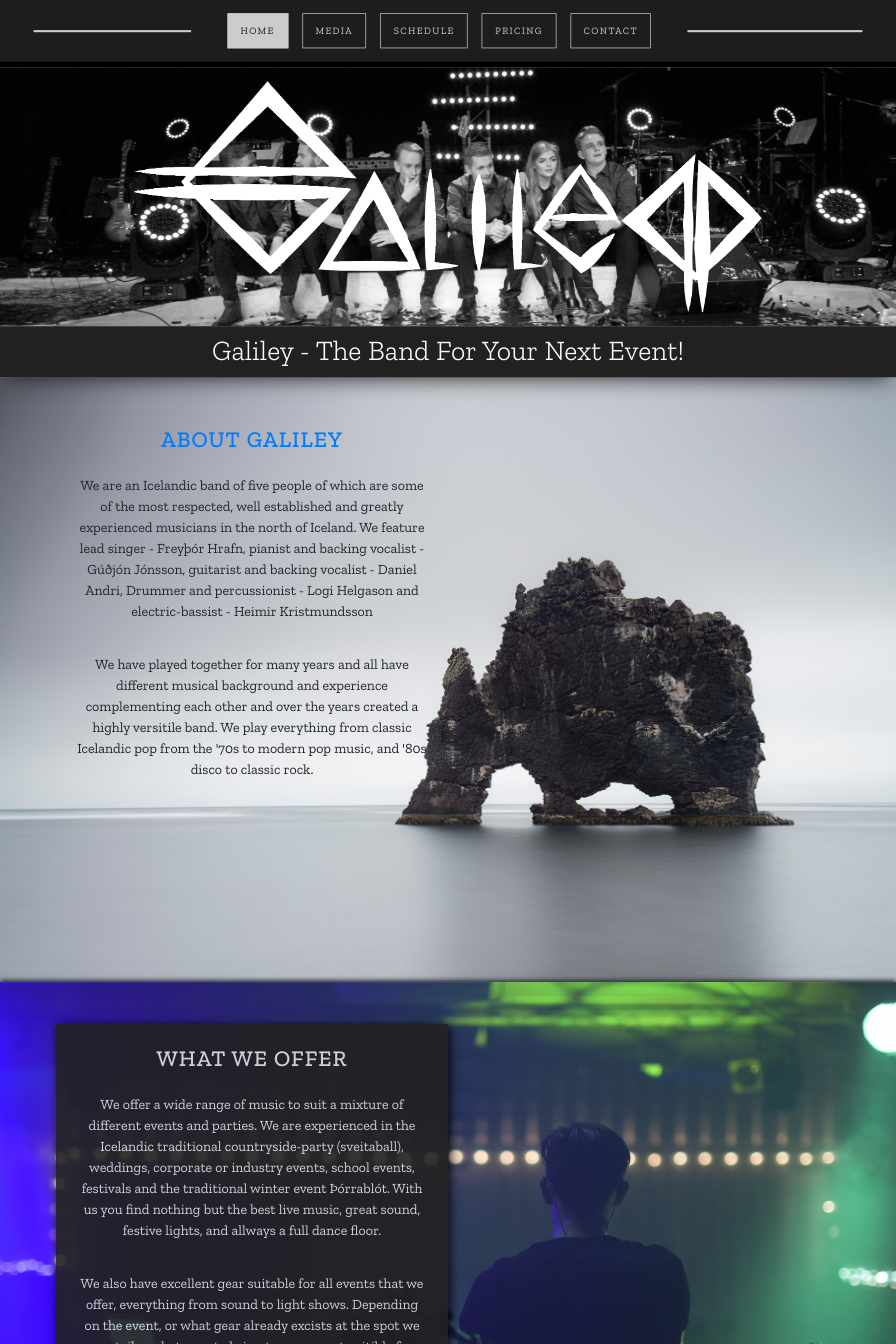
Repository: HeimirDavid/Galiley-Website
Page: index.html
The author's editor kept a record of every edit. The page is drawn from the files as they stood at one moment, then again after the next edit.
The browser window is 1280 px wide. The pictures show the part of the page from y = 0 to 1920 px (the page is 2694 px tall), at 70% of full size.
Backgrounds fixed to the window are drawn as part of the page. Some web libraries are served in a nearby version.

Above is the page before.

### index.html
<!DOCTYPE html>
<html lang="en">

<head>
    <meta charset="UTF-8">
    <meta name="viewport" content="width=device-width, initial-scale=1.0">
    <meta http-equiv="X-UA-Compatible" content="ie=edge">

    <link rel="stylesheet" href="https://stackpath.bootstrapcdn.com/bootstrap/4.3.1/css/bootstrap.min.css" integrity="sha384-ggOyR0iXCbMQv3Xipma34MD+dH/1fQ784/j6cY/iJTQUOhcWr7x9JvoRxT2MZw1T" crossorigin="anonymous">
    <link rel="stylesheet" href="https://cdnjs.cloudflare.com/ajax/libs/hover.css/2.3.1/css/hover-min.css" type="text/css" />
    <link rel="stylesheet" href="assets/css/style.css" type="text/css" />

    <script src="https://code.jquery.com/jquery-3.3.1.slim.min.js" integrity="sha384-q8i/X+965DzO0rT7abK41JStQIAqVgRVzpbzo5smXKp4YfRvH+8abtTE1Pi6jizo" crossorigin="anonymous"></script>
    <script src="https://cdnjs.cloudflare.com/ajax/libs/popper.js/1.14.7/umd/popper.min.js" integrity="sha384-UO2eT0CpHqdSJQ6hJty5KVphtPhzWj9WO1clHTMGa3JDZwrnQq4sF86dIHNDz0W1" crossorigin="anonymous"></script>
    <script src="https://stackpath.bootstrapcdn.com/bootstrap/4.3.1/js/bootstrap.min.js" integrity="sha384-JjSmVgyd0p3pXB1rRibZUAYoIIy6OrQ6VrjIEaFf/nJGzIxFDsf4x0xIM+B07jRM" crossorigin="anonymous"></script>
    <script src="https://kit.fontawesome.com/2ea8c5e5d2.js" crossorigin="anonymous"></script>

    <title>Galiley</title>
</head>

<body>
    <header>
        <!------ Header Navigation Menu, Mainly written with bootstrap  ------>
        <div class="row no-gutters">
            <div class="col black-container">
                <nav class="navbar fixed-top navbar-expand-md navbar-dark bg-dark" id="navbar-black-color">
                    <!-- Navbar position with help of this  -->
                    <a class="navbar-brand" href="index.html">Galiley - Home</a>
                    <!-- tutorial: https://www.youtube.com/watch?v=NzjU1GmKosQ&t=90s  -->
                    <button class="navbar-toggler" type="button" data-toggle="collapse" data-target="#navbarSupportedContent" aria-controls="navbarSupportedContent" aria-expanded="false" aria-label="Toggle navigation">
                    <span class="navbar-toggler-icon"></span></button>
                    <div class="collapse navbar-collapse" id="navbarSupportedContent">
                        <ul class="navbar-nav m-auto">
                            <li class="nav-item menuitem active-item">
                                <a class="nav-link" href="index.html"><span>Home</span></a>
                            </li>
                            <li class="nav-item menuitem">
                                <a class="nav-link" href="media.html"><span>Media</span></a>
                            </li>
                            <li class="nav-item menuitem">
                                <a class="nav-link" href="schedule.html"><span>Schedule</span></a>
                            </li>
                            <li class="nav-item menuitem">
                                <a class="nav-link" href="pricing.html"><span>Pricing</span></a>
                            </li>
                            <li class="nav-item menuitem">
                                <a class="nav-link" href="contact.html"><span>Contact</span></a>
                            </li>
                        </ul>
                    </div>
                </nav>
            </div>
        </div>

        <!------ Header Logo Image ------>
        <div class="logo-container">
            <div class="row no-gutters">
                <div class="col header-background-img">
                    <a href="#">
                    <img class="logo-white" src="assets/images/galiley_vit.png">
                </a>
                </div>
            </div>
        </div>

        <!------ Header Text  ------>
        <div class="row no-gutters">
            <div class="col h1-heading">
                <h1>Galiley - The Band For Your Next Event!</h1>
            </div>
        </div>
    </header>

    <!-- About section, inspired by sample projects at CI more specific Haley Schafer - StudentExampleProjectGradeFive-->
    <section id="about-image">
        <div class="container">
            <div class="row about-offer-row">
                <div class="col-md-6 text-center">
                    <h2 class="header-h2 uppercase"><a href="#about">
                        About Galiley</a>
                    </h2>
                    <p class="p-text">
                        We are an Icelandic band of five people of which are some of the most respected, well established and greatly experienced musicians in the north of Iceland. We feature lead singer - Freyþór Hrafn, pianist and backing vocalist - Gúðjón Jónsson, guitarist
                        and backing vocalist - Daniel Andri, Drummer and percussionist - Logi Helgason and electric-bassist - Heimir Kristmundsson
                    </p>
                    <p class="p-text">
                        We have played together for many years and all have different musical background and experience complementing each other and over the years created a highly versitile band. We play everything from classic Icelandic pop from the '70s to modern pop music,
                        and '80s disco to classic rock.
                    </p>
                </div>
            </div>
        </div>
    </section>

    <!------ What We Offer - Section ------>
    <section id="offer-image">
        <div class="container">
            <div class="row about-offer-row offer-row text-center">
                <div class="col-md-6 offer-card text-center">
                    <h2 class="header-h2 uppercase">
                        What we offer
                    </h2>
                    <p class="p-text offer-text">
                        We offer a wide range of music to suit a mixture of different events and parties. We are experienced in the Icelandic traditional countryside-party (sveitaball), weddings, corporate or industry events, school events, festivals and the traditional winter
                        event Þórrablót. With us you find nothing but the best live music, great sound, festive lights, and allways a full dance floor.
                    </p>
                    <p class="p-text offer-text">
                        We also have excellent gear suitable for all events that we offer, everything from sound to light shows. Depending on the event, or what gear already excists at the spot we can tailor what gear to bring to your event suitible for your needs.
                    </p>
                </div>
            </div>
        </div>
    </section>

    <!------ Reviews section - Header ------>
    <section> <!-- Review header -->
        <div class="row no-gutters">
            <div class="col review-header">
                <h2>Read some of our amazing reviews!</h2>
            </div>
        </div>

    <!------ Three review cards, use bootstrap grid system ------>
        <div class="container-fluid green-black-img">
            <div class="row">
                <div class="col-md-4 review-cards">
                    <h5 class="cards-header uppercase">"Best wedding band ever"</h5>
                    <p class="review-p">"We hired Galiley for our wedding and couldn't been happier! All the bridesmaids became groupies within minutes!"</p>
                </div>
                <div class="col-md-4 review-cards">
                    <h5 class="cards-header uppercase">"Amazing!"</h5>
                    <p class="review-p">"Was sceptic towards five youngsters playing at my husbands 90th birthday. But when I heard them play I got up from my chair and brake danced! First time since high-school!"</p>
                </div>
                <div class="col-md-4 review-cards">
                    <h5 class="cards-header uppercase">"Rock Wedding!"</h5>
                    <p class="review-p">"When me and my wife wanted a wedding band we knew we wanted something hardcore. Galiley delivered the rock as if it wore Woodstock!"</p>
                </div>
            </div>
        </div>
    </section>

    <footer>
        <!------ Footer section, Mainly structured and written with the help from CI tutorials from the Resume-Project.
                             Since i liked the design and strucure and felt that it fits well within this project. ------>
        <div class="container-fluid">
            <div class="row" id="footer-details">
                <div class="col-sm-4">
                    <h5 class="uppercase footer-heading">
                        <a href="index.html" class="footer-links">Home</a>
                    </h5>
                    <p class="inline-block">Feeling lost? click here to go to our home page.</p>
                </div>

                <div class="col-sm-4">
                    <h5 class="uppercase footer-heading">Follow Us</h5>
                    <p class="inline-block">Keep up with the news by following us on social media!</p>
                    <ul class="list-inline social-media-links">
                        <li class="list-inline-item">
                            <a class="footer-links" target="_blank" href="https://www.facebook.com/GalileyBand/">
                                <i class="fab fa-facebook-square"></i>
                                <span class="sr-only">Facebook</span>
                            </a>
                        </li>
                        <li class="list-inline-item">
                            <a class="footer-links" target="_blank" href="#">
                                <i class="fab fa-instagram"></i>
                                <span class="sr-only">Instagram</span>
                            </a>
                        </li>
                        <li class="list-inline-item">
                            <a class="footer-links" target="_blank" href="#">
                                <i class="fab fa-twitter-square"></i>
                                <span class="sr-only">Twitter</span>
                            </a>
                        </li>
                        <li class="list-inline-item">
                            <a class="footer-links" target="_blank" href="#">
                                <i class="fab fa-youtube-square"></i>
                                <span class="sr-only">Youtube</span>
                            </a>
                        </li>
                    </ul>
                </div>

                <div class="col-sm-4">
                    <h5 class="uppercase footer-heading">Contact Us</h5>
                    <p class="inline-block">Reach out to us either by Email or Phone!</p>
                    <p>galileyband@gmail.com | +354 555 744</p>
                </div>
            </div>
        </div>
    </footer>
</body>

</html>

### assets/css/style.css
@import url('https://fonts.googleapis.com/css?family=Zilla+Slab:300,400,500,600,700&display=swap');

html {
    scroll-behavior: smooth;
}

body {
    font-family: 'Zilla Slab', serif;
    background-color: #e3e3e3;
}

/*--------------------------------- Colour */

.green-color {
    color: #35af7e;
}

.wine-red-color {
    color: #b11226;
}

.grey-color {
    background-color: #c5c5c5;
}

.grey-blue {
    background-color: #76809a;
}
/*------------------------------- Special padding/margins/text */

h1, h2, h3, h4, h5 {
    margin: 0;
}

.uppercase {
    text-transform: uppercase;
}

.inline-block {
    display: inline-block;
}

.block-devider {
    width: 75px;
    height: 5px;
    background-color: #212121;
}

.block-devider-white {
    width: 75px;
    height: 5px;
    background-color: #e3e3e3;
}

.text-center {
    text-align: center;
}

.gotopbtn i {
    width: 50px;
    height: 50px;
    text-decoration: none;
}


/*--------------------------------- Navbar/Menu */

.navbar {
    opacity: 0.9;
    text-align: center;
    padding-bottom: 1.2em;
}

.menuitem {
    height: 50px;
    text-align: center;
    padding-left: 10px;
    padding-right: 10px;
    margin: 0px 10px 0px 10px;
    border: 1px solid #e3e3e3;
    transition: ease-in-out 0.3s;
    -moz-transition: ease-in-out 0.3s;
    -webkit-transition: ease-in-out 0.3s;
    -o-transition: ease-in-out 0.3s;
}

.menuitem a {
    width: 100%;
    text-decoration: none;
    color: #e3e3e3;
}

.menuitem a i {
    padding-top: 22px;
    display: block;
    color: #e3e3e3;
    font-size: 26px;
}

.menuitem span {
    display: block;
    width: 100%;
    padding-top: 5px;
    text-align: center;
    text-transform: uppercase;
    font-size: 14px;
    font-weight: 400;
    letter-spacing: 2px;
    transition: ease-in-out 0.3s;
    -moz-transition: ease-in-out 0.3s;
    -webkit-transition: ease-in-out 0.3s;
    -o-transition: ease-in-out 0.3s;
    color: #e3e3e3;

}

.menuitem:hover {
    background-color: #e3e3e3;
}

.menuitem:hover.menuitem span {
    color: #212121;
}

.navbar::before,     /* Before and After used from inspiration of this tutorial: https://www.youtube.com/watch?v=zGiirUiWslI   */
.navbar::after {
    content: "";
    margin-left: 2em;
    margin-right: 2em;
    width: 18%;
    height: 0.2em;
    background-color: #e3e3e3;
}

.navbar-nav .active-item span {
    color: #212121;
}

.navbar-nav .active-item {
    background-color: #e3e3e3;
}

.navbar::after {
    width: 20%;
}

.fixed-top {
    padding-top: 1.2em;
}

.navbar-brand {
    display: none;
}

#navbar-black-color {
    background-color: #212121!important;
}




/*--------------------------------- Header */

.black-container {
    position: relative;
    top: 0;
    left: 0;
    width: 100%;
    height:6em;
    background-color: #000;
}

.h1-heading {
    color: #fafafa;
    padding: 10px 0px 15px 0px;
    text-align: center;
    background-color: #212121;
    box-shadow: 0px 10px 30px -10px #212121;
}

.h1-heading h1 {
    font-weight: 300;
}

.header-background-img {
    display: block;
    background-image: url("../images/galiley_diddi.jpg");
    padding: 20px;
    background-size: cover;
}

/*
.logo-container {
    margin-top: 7%;
}
*/

.logo-white {
    opacity: 1.9;
    display: block;
    margin-left: auto;
    margin-right: auto;
    width: 70%;
}

/*--------------------------------- Footer */

footer {
    background-color: #212121;
    color: #e3e3e3;
    min-height: 100px;
    margin: 0;
}

.footer-heading {
    font-weight: 300;
    text-decoration: none;
    margin-bottom: 10px;
}

.footer-heading a {
    transition: ease-in-out 0.3s;
    -moz-transition: ease-in-out 0.3s;
    -webkit-transition: ease-in-out 0.3s;
    -o-transition: ease-in-out 0.3s;
}

.footer-heading a:hover {
    color: #a5a5a5;
    text-decoration: none;
}

.footer-links {
    color: #e3e3e3;
}

.social-media-links {
    padding-bottom: 10px;
}

.social-media-links li a i {
    font-size: x-large;
    padding: 10px 0px;
    line-height: 10px;
    transition: ease-in-out 0.3s;
    -moz-transition: ease-in-out 0.3s;
    -webkit-transition: ease-in-out 0.3s;
    -o-transition: ease-in-out 0.3s;
}

.social-media-links li a i:hover {
    color: #35af7e;
}

#footer-details {
    padding: 20px;
}

/*--------------------------------- About - Section / What we offer - Section */

.about-offer-row {
    padding: 20px 0px;
}

.header-h2 {
    font-weight: 500;
    padding: 10px 10px 20px 10px;
    letter-spacing: 1.5px;
}

.p-text {
    font-size: 20px;
    padding: 10px 10px 20px 10px;
}

.about-row {
    padding: 60px 10px 20px 10px;
}

.offer-card {
    background-color: #212121;
    color: #e3e3e3;
    padding: 20px;
    margin-bottom: 45px;
    box-shadow: 3px 3px 15px 0px #000;
    opacity: 0.9;
}

/*--------------------------------- Reviews - section */

.review-header {
    background-color: #212121;
    color: #fafafa;
    padding: 10px 0px 15px 0px;
    text-align: center;
    box-shadow: 0px 1px 10px 1px #212121;
}

.review-header h2 {
    font-weight: 300;
}

.review-cards {
    background-color: #212121;
    color: #e3e3e3;
    opacity: 0.9;
    max-width: 250px;
    padding: 20px;
    margin: 30px;
    margin-right: auto;
    margin-left: auto;
    text-align: center;
    border-radius: 10px;
    box-shadow: 5px 5px 15px 0px #212121;
}

.cards-header {
    font-weight: 300;
    letter-spacing: 0.8px;
    margin-bottom: 15px;
}

.review-p {
    font-size: 18px;
    font-weight: 200;
    letter-spacing: 0.8px;
}

/*--------------------------------- Setlist Section / Video Section */

.spotify-header-row {
    background-color: #35af7e;
}

.media-header {
    padding: 20px;
    font-weight: 300;
    font-size: 38px;
}

.spotify-row {
    margin-bottom: 40px;
}

.setlist-header-col {
    color: #000;
    padding: 30px;
}

.media-h4 {
    font-weight: 300;
    font-size: 30px;
    padding: 10px;
}

.media-p {
    font-size: 22px;
    font-weight: 300;
}

.spotify-col {
    color: #e3e3e3;
    background-color: rgba(0, 0, 0, 0.5);
    margin: auto;
    margin-top: 20px;
    padding: 20px 10px 0px 10px;
    max-width: 300px;
    border-radius: 12px;
    border-radius: 10px;
    box-shadow: 5px 5px 15px 0px #212121;
}

.spotify-col::before {
    content: "";
    top: 0;
    left: 0;
    background-color: #212121;
    height: 100px;
    width: 1em;
}

.spotify-player {
    opacity: .96;
}

.video-container {
    padding:0px 0px 80px 0px;

}

.video-header-col {
    background-color: #212121;
    color: #e3e3e3;
    padding: 20px 0px;
    box-shadow: 0px 10px 30px -10px #212121;
}

.youtube-col {
    padding: 10px;
}

.youtube-container {  /*   Code copied to make youtube player responsive. Source: https://avexdesigns.com/responsive-youtube-embed/    */
position: relative;
padding-bottom: 56.25%;
padding-top: 30px; height: 0; overflow: hidden;
}

.youtube-container iframe,
.youtube-container object,
.youtube-container embed {
position: absolute;
top: 0;
left: 0;
width: 100%;
height: 100%;
}

/*--------------------------------- Media Queries */

@media (max-width: 767px) {
    .navbar::before,
    .navbar::after {
        display: none;
    }

    .navbar-brand {
        display: block;
    }

    .fixed-top {
        padding: 1em;
    }

    .reviews-container {
        background-color: #e3e3e3;
    }

    .reviews-container {
        background: #e3e3e3;
    }
}

@media (min-width: 767px) {

    /* Images use and fixed image website layout inspiried by this tutorial: https://www.youtube.com/watch?v=PWoOpJtkyjI */
    #about-image { /* Image from unsplash taken by Luca Baggio */
        background-image: url("../images/about-background.jpg");
        background-attachment: fixed;
        background-size: cover;
        height: 120vh;
        width: 100%;
    }

    #spotify-background-img {
        background-image: url("../images/spotify-background-img.jpg");
        background-attachment: fixed;
        background-size: cover;
        height: 120vh;
        width: 100%;
    }

    #offer-image {
        background-image: url("../images/galiley-offer.jpg");
        background-attachment: scroll;
        background-size: cover;
        height: 100%;
        width: 100%;
        box-shadow: 0px -3px 7px 0px;
    }

    .green-black-img {
        background-image: url("../images/setlist-background.png");
        background-attachment: fixed;
        background-size: cover;
        box-shadow: 0px -3px 7px 0px;
    }

    .about-offer-row {
    padding: 60px 10px 20px 10px;
    }

    .youtube-row {
        padding-top: 50px;
    }

    .youtube-col {
        padding: 10px 100px;
    }
}

@media (min-width: 767px) and (max-width: 1000px) {
    #about-image {
        background-image: url("../images/about-background.jpg");
        background-attachment: fixed;
        background-size: cover;
        height: 200vh;
        width: 100%;
    }

        #spotify-background-img {
        background-image: url("../images/spotify-background-img.jpg");
        background-attachment: fixed;
        background-size: cover;
        height: 250vh;
        width: 100%;
    }
}

@media (max-width: 576px) {
    /* To get rid of padding and margin to link up "Offer section" and "reviews section" in mobile view */
    .about-offer-row {
    padding-top: 20px;
    }

    .offer-card {
        margin: 0;
    }
}

After the next edit:
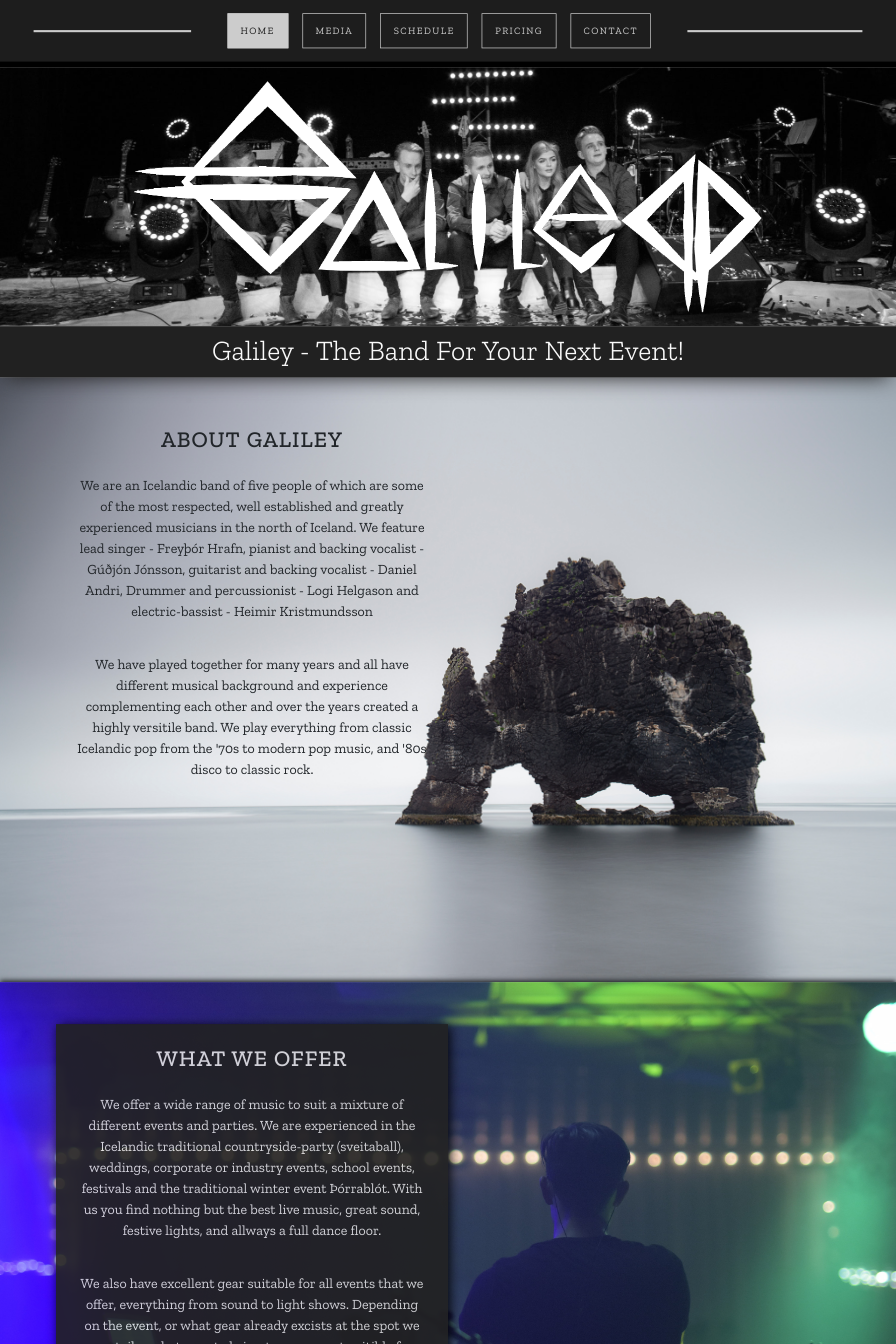
The edit:
--- a/index.html
+++ b/index.html
@@ -76,8 +76,8 @@
         <div class="container">
             <div class="row about-offer-row">
                 <div class="col-md-6 text-center">
-                    <h2 class="header-h2 uppercase"><a href="#about">
-                        About Galiley</a>
+                    <h2 class="header-h2 uppercase">
+                        About Galiley
                     </h2>
                     <p class="p-text">
                         We are an Icelandic band of five people of which are some of the most respected, well established and greatly experienced musicians in the north of Iceland. We feature lead singer - Freyþór Hrafn, pianist and backing vocalist - Gúðjón Jónsson, guitarist
